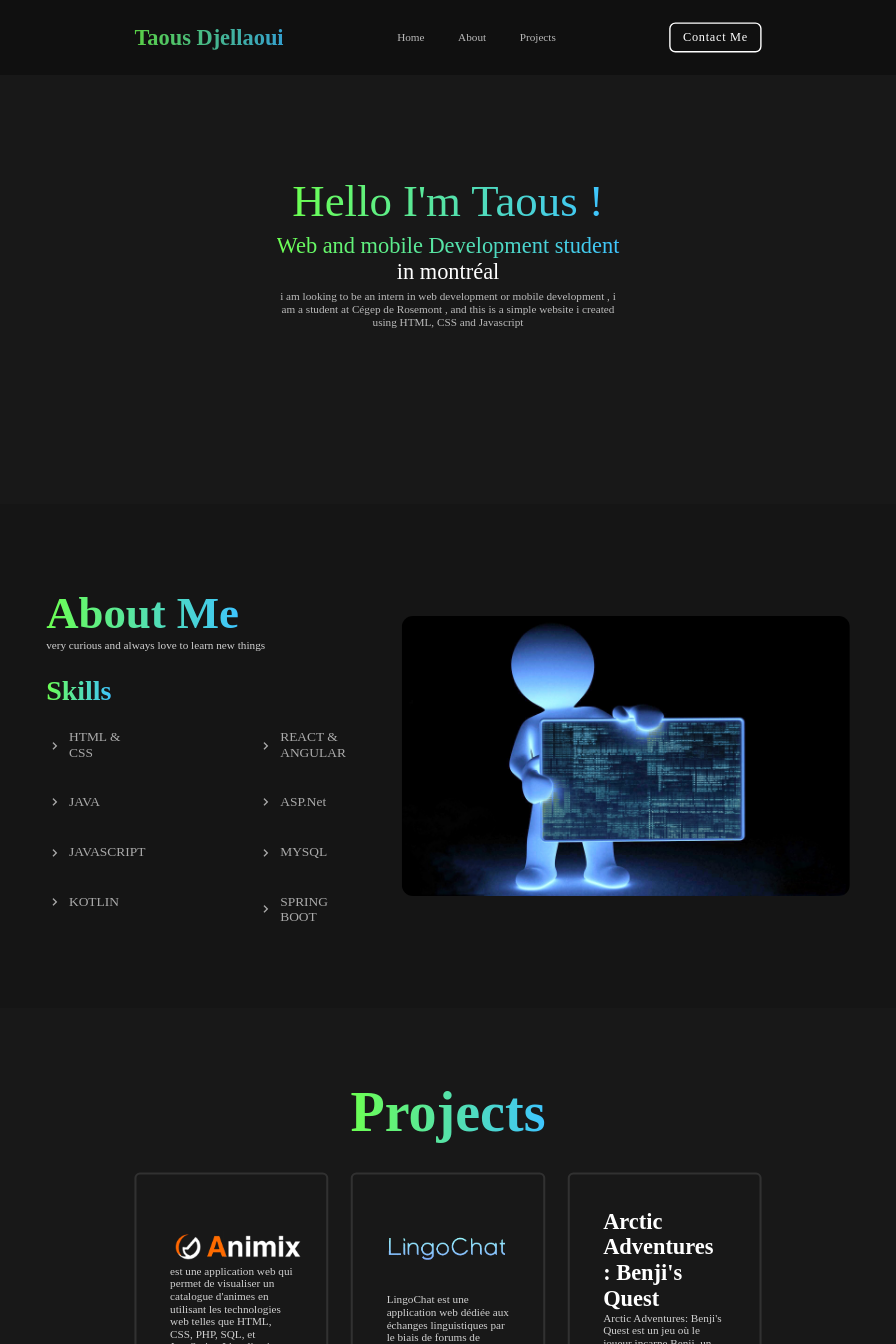
Repository: taousdjellaoui/portfolio-
Page: index.html
An editor plug-in stored every save of this project. The page is shown before and after the next save, followed by the edit.
The browser window is 1280 px wide. The pictures show the part of the page from y = 0 to 1920 px (the page is 2851 px tall), at 70% of full size.

Above is the page before, as saved 2024-11-09 21:45:21.

### index.html
<!DOCTYPE html>
<html lang="en">
  <head>
    <meta charset="UTF-8" />
    <meta name="viewport" content="width=device-width, initial-scale=1.0" />
    <title>Portfolio Website</title>
    <link rel="stylesheet" href="css/style.css" />
    <link href='https://unpkg.com/boxicons@2.1.4/css/boxicons.min.css' rel='stylesheet'>
  </head>
  <body>
    <nav>
      <a href="#" class="logo"><span>Taous Djellaoui</span></a>
      <ul class="links">
        <a href="#home">Home</a>
        <a href="#about">About</a>
        <a href="#projects">Projects</a>

        <i class='bx bx-menu-alt-right' id="menu"></i>
      </ul>
      <a href="#contact" class="btn">Contact Me</a>

    </nav>
    <section id="home">

      <div class="info-box">

        <h1><span>Hello I'm Taous !</span></h1>
        <h3><span>Web and mobile Development student</span> in montréal</h3>
        <p>i am looking to be an intern in web development or mobile development , i am a student
           at Cégep de Rosemont , and this is a simple  website i created using HTML, CSS and Javascript </p>
      </div>

    </section>

    <section id="about">
      <div class="about-box">
        <div class="about-info">
          <h1><span>About Me</span></h1>
          <p>very curious and always love to learn new things   </p>

        </div>
        <h2><span>Skills</span></h2>
        <div class="skills">
          <ul>
            <li>
              <p><i class='bx bx-chevron-right' ></i>HTML & CSS</p>
            </li>
            <li>
              <p><i class='bx bx-chevron-right' ></i>JAVA</p>
            </li>
            <li>
              <p><i class='bx bx-chevron-right' ></i>JAVASCRIPT</p>
            </li>
            <li>
              <p><i class='bx bx-chevron-right' ></i>KOTLIN</p>
            </li>
          </ul>
          <ul>
            <li>
              <p><i class='bx bx-chevron-right' ></i>REACT & ANGULAR</p>
            </li>
            <li>
              <p><i class='bx bx-chevron-right' ></i>ASP.Net</p>
            </li>
            <li>
              <p><i class='bx bx-chevron-right' ></i>MYSQL</p>
            </li>
            <li>
              <p><i class='bx bx-chevron-right' ></i>SPRING BOOT</p>
            </li>
          </ul>
        </div>

      </div>
      <img src="images/Computer-Science-Pictures.jpg" alt="">
    </section>
    <section id="projects">
      <h1 class="header"><span>Projects</span></h1>
      <div class="projects-container">
        <div class="box">
          <a href="https://github.com/taousdjellaoui/animix">
          <img src="images/logo-animix.png" alt="">
          <p>est une application web qui permet de visualiser un catalogue d'animes en utilisant les technologies web telles que HTML, CSS, PHP, SQL, et JavaScript. L'application permet aux utilisateurs de parcourir, rechercher, et filtrer des animes en fonction de plusieurs critères,
            comme le genre, l'année de sortie, ou les notes des utilisateurs.</p>
          </a>
        </div>
        <div class="box">
          <img src="images/logoLingoChat.png" alt="">

          <p>
            LingoChat est une application web dédiée aux échanges linguistiques par le biais de forums de discussion. Les utilisateurs peuvent y publier des sujets ou des questions liés à l’apprentissage des langues, partager
            des ressources, ou demander de l’aide sur des points spécifiques.</p>
        </div>
       <div class="box">
        <a href="https://taousdjellaoui.itch.io/arctic-adventures-benjis-quest">
          <h1>Arctic Adventures : Benji's Quest</h1>
          <p>Arctic Adventures: Benji's Quest est un jeu où le
            joueur incarne Benji, un pingouin qui doit retourner chez lui tout en
            collectant des poissons. Le jeu alterne entre des sections en 2D, avec des sauts et des
            énigmes, et des sections en 3D, qui offrent une exploration plus libre des paysages arctiques. </p>
          </a>
        </div>
        <div class="box">
          <a href="https://github.com/taousdjellaoui/hangman">
            <h1 style="display: inline; color: red;">H</h1><h1 style="display: inline;">ang </h1><h1 style="display: inline; color: red;">M</h1><h1 style="display: inline;">an</h1>

            <p>
              Cette application native, développée sur Android Studio. elle permet aux utilisateurs de deviner des mots cachésn sélectionnant des lettres une par une. Chaque mauvaise réponse rapproche le joueur de l'échafaud, rendant chaque choix crucial !
          </p>

          </a>
        </div>
      </div>
    </section>
    <footer id="contact">
      <div class="col-left">
        <div class="col-box">
          <span><i class='bx bxs-location-plus' ></i></span>
          <span>Montréal</span>
        </div>
        <div class="col-box">
          <span><i class='bx bxs-envelope' ></i></span>
          <span>taousdjellaoui@gmail.com</span>
        </div>
      </div>
      <div class="col-right">
        <span>About My Services</span>
        <p> i adapt to the needs of the company i am a fast learner and i can take on any challenge !</p>
        <div class="social-icons">
          <span><a href="https://www.linkedin.com/in/taous-djellaoui-2874a1187/"><i class='bx bxl-linkedin-square' ></i></a></span>
          <span><a href="https://github.com/taousdjellaoui"><i class='bx bxl-github' ></i></a></span>
        </div>

      </div>
    </footer>

    <script src="script.js"></script>
  </body>
</html>

### css/style.css
* {
  margin: 0;
  padding: 0;
  box-sizing: border-box;
  text-decoration: none;
  list-style: none;
  scroll-behavior: smooth;
  font-family: "Poppins";
}
:root {
  --background: rgb(24, 24, 24);
  --second-background: rgb(21, 21, 21);
}
body{
  min-height: 100vh;
  background-color: var(--background);
}
nav{
position:fixed;
top:0;
width: 100%;
padding: 2em 15%;
display: flex;
align-items: center;
justify-content: space-between;
background-color:rgba(15,15,15,0.8);
backdrop-filter: blur(10px);
z-index: 1000;
}
ul{
  display:flex;
  align-items: center;
  gap: 3em;

}
nav ul a{
  color: white;
  opacity: 0.7;
  transition:0.2s ease-in-out;
}
nav ul a:hover{
  opacity: 1;

}
.logo{
  font-size:2em;
  color: white;
  font-weight: 800;
  opacity: 0.8;
  transition: 0.2s ease-in-out;

}
.logo:hover{
  opacity: 1;
}
.btn{
  padding : 0.5em 1em;
  color : white;
  font-weight: 500;
  letter-spacing:1px ;
  border-radius: 0.5em;
  font-size: 1.1em;
  border: 2px solid white;
  cursor: pointer;
  transition: 0.3s ease-in-out;

}
.btn:hover{
  background-color: white;
  color: var(--background);

}
span{
  background: linear-gradient(to right,#6cff52,#3ec5ff);
  background-clip: text;
  color:transparent;
}
#menu{
  color:white;
  font-size:3em;
  display:none;
}
section{
  min-height: 100vh;
  padding: 5% 15%;
}
#home{
display: flex;
flex-direction: column;
align-items:center;
justify-content: center;
gap:2em;
color:white;

}
#home img{
width:30vw;
border-radius: 1%;
margin-top: 3em;

}
.info-box{
  display: flex;
  flex-direction: column;
  text-align: center;
  gap: 0.5em;
  max-width: 500px;

}
.info-box h1{
  font-size:4em;
  font-weight: 500;
}
.info-box h3{
  font-size:2em;
  font-weight: 400;
}
.info-box p{
 opacity:0.7;
}
.btn-box{
  display: flex;
  gap: 1em;
}
.btn-box .btn:nth-of-type(2){
  background-color:white;
  color: var(--background)
}
.btn-box .btn:nth-of-type(2):hover{
  background-color: var(--background);
  color:white;

}
::-webkit-scrollbar{
  width: 20px;
  background-color: var(--background);
}
::-webkit-scrollbar-thumb{
  background: linear-gradient(to bottom,#788077,#a8b2b7);

}
#about{
  background-color: var(--second-background);
  display: flex;
  align-items:center;
  justify-content: center;
  gap: 5em;

}
#about img{
  width: 50vw;
  border-radius:1em;

}
.about-box{
  display:flex;
  flex-direction: column;
  text-align: left;
  gap: 2em;
}
.about-box h1{
  font-size: 4em;
}
.about-box p{
color:white;
opacity:0.8;
}
.skills{
  display:flex;
  text-align: left;
  gap: 10em;

}
.skills ul{
  font-size: 1em;
  font-weight: 500;
  display:flex;
  flex-direction: column;
  color:white;
  opacity:0.8;
  align-items: baseline;
}
.skills ul li p{
  color: white ;
  display: flex;
  align-items:center;
  gap : 0.5em;
   font-size: 1.2em;
   transition:0.3s ease-in-out;
}
.skills ul li p:hover{
  transform: translateX(10px);
}
.skills ul li i{
 font-size:1.2em;

}
.about-box h2{
  font-size: 2.5em;
}
#projects{
  background-color: var(--background);
}
.header{
  text-align: center;
  font-size: 5em;
  margin:0.5em 0;
}
.projects-container{
  display:grid;
  grid-template-columns: repeat(auto-fit,minmax(250px,1fr));
  gap:2em;
}
.box{
  border:3px solid rgb(49, 49, 49);
border-radius: 0.5em;
display: flex;
flex-direction: column;
justify-content: center;
overflow: hidden;
object-fit: cover;
padding:3em ;
gap: 2em;
color:white;
cursor:pointer;
transition:0.3s ease-in-out;
}
.box:hover{
  border: 3px solid rgb(100,100,100);
}
.box p{
  opacity:0.8;
}
.box h1{
  font-size: 2em;
}
.box img{
 min-width:25px;
 border-radius:0.5em;
}
footer{
  display: flex;
  align-items:center;
  justify-content: center;
  gap:10em;
  bottom:0;
  background-color: var(--second-background);
  width:100%;
  padding: 5em 15%;
}
.col-left{
  display:flex;
  flex-direction:column;
  gap : 1em;
}
.col-box{
  display: flex;
  align-items:center;
  gap : 1em;
}
.col-box i{
  font-size: 2em;
}
.col-box span{
  font-size: 1.2em;
}
.col-right{
  display:flex;
  flex-direction: column;
  gap:1em;
  color:white;
  max-width:500px;
}
.col-right span{
  font-size: 1.3em;
}
.col-right .social-icons{
  display:flex;
  align-items:baseline;
  justify-content: left;
  gap: 1em;
}
.col-right .social-icons i{
  font-size :2em;
  transition: 0.2s ease-in-out;
  cursor: pointer;
}
.social-icons i:hover{
  color:white;
}
a {
  color: inherit;
}
@media(max-width:968px){
  section{
    padding: 8em 15%;
  }
  nav .btn{
    display: none;
  }

  #menu{
    color: white;
    font-size: 3em;
    display: none;
  }

  .links {
    position: absolute;
    top: 100%;
    right: 0;
    width: 100%;
    padding: 1em 3em;
    color: white;
    display: flex;
    flex-direction: column;
    text-align: center;
    background: rgba(0, 0, 0, 0.9);
    display: none;
  }
  .links a{
    margin: 2em 0;
    display: block;
    font-size: 1.5em;
    color:white;
  }
  .links.active{
    display: block;
  }
  #home h1{
    font-size: 4em;
  }
  #home h3{
    font-size:3em;
  }
  #home img{
    width : 24vw;
  }
  #about{
    flex-direction:column;

  }
  #about img{
    width : 32vw;

  }
  #about h1{
    font-size :3em;
  }
  #about ul{
    font-size: 1em;

  }

}
@media(max-width:768px){
  #home h1{
    font-size: 2.5em;
  }
  #home h3{
    font-size:1.5em;
  }
  #home img{
    width : 32vw;
  }
  #about .skills{
    gap:3em;
  }
  #services .header{
    font-size: 3em;
  }
  #contact .header{
    font-size: 3em;
  }
  #contact .input-box span{
    font-size : 1.2em;
  }
  .input-box span{
    padding : 0.5em 1em;
  }
  footer{
    flex-direction: column;
    gap : 5em;
    align-items:baseline;
  }

}

Loaded but not shown: script.js (no stored copy; drawn as an empty file)

After the next save:
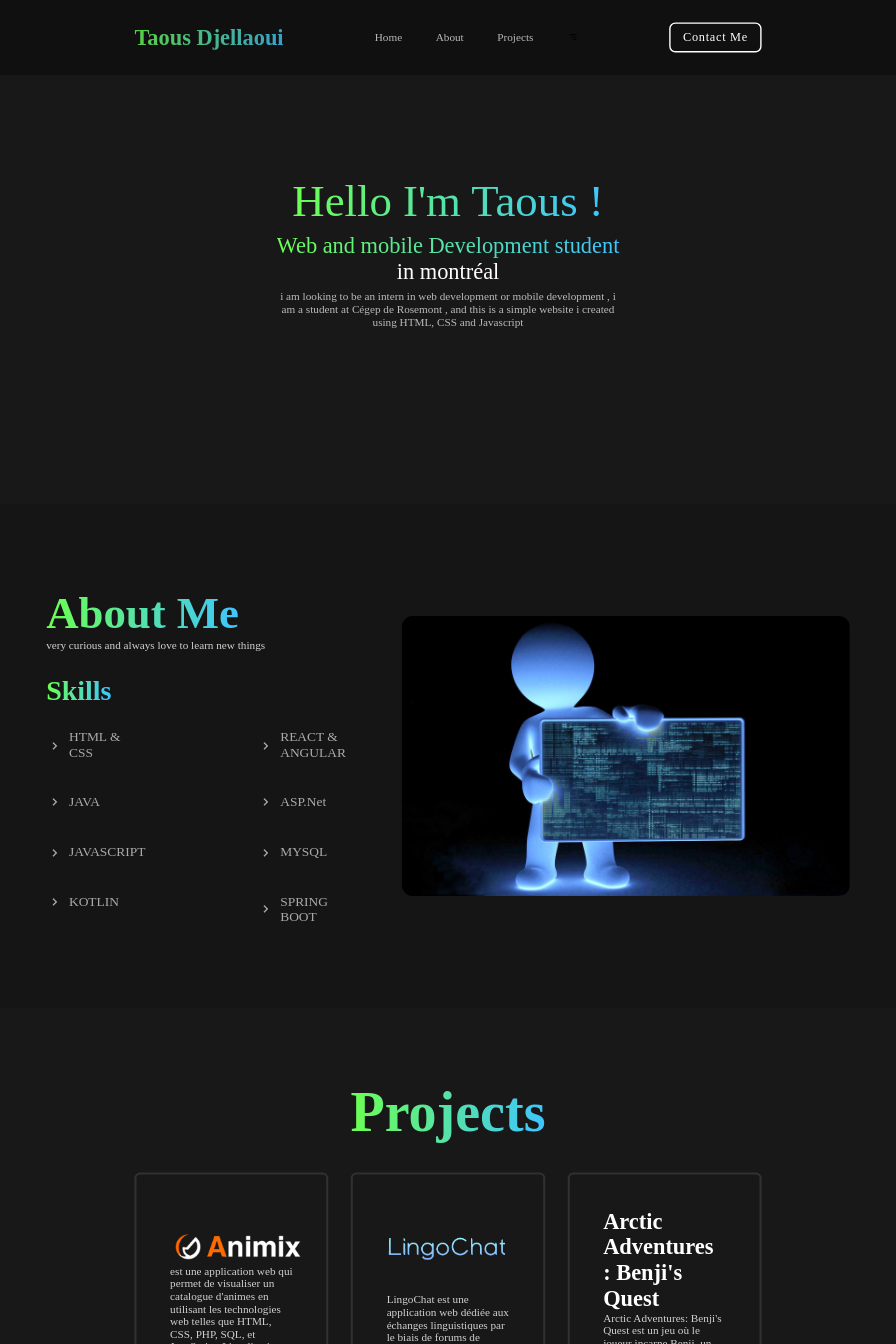
Saved 78 s later.
--- a/css/style.css
+++ b/css/style.css
@@ -75,11 +75,11 @@
   background-clip: text;
   color:transparent;
 }
-#menu{
+/*#menu{
   color:white;
   font-size:3em;
   display:none;
-}
+}*/
 section{
   min-height: 100vh;
   padding: 5% 15%;
